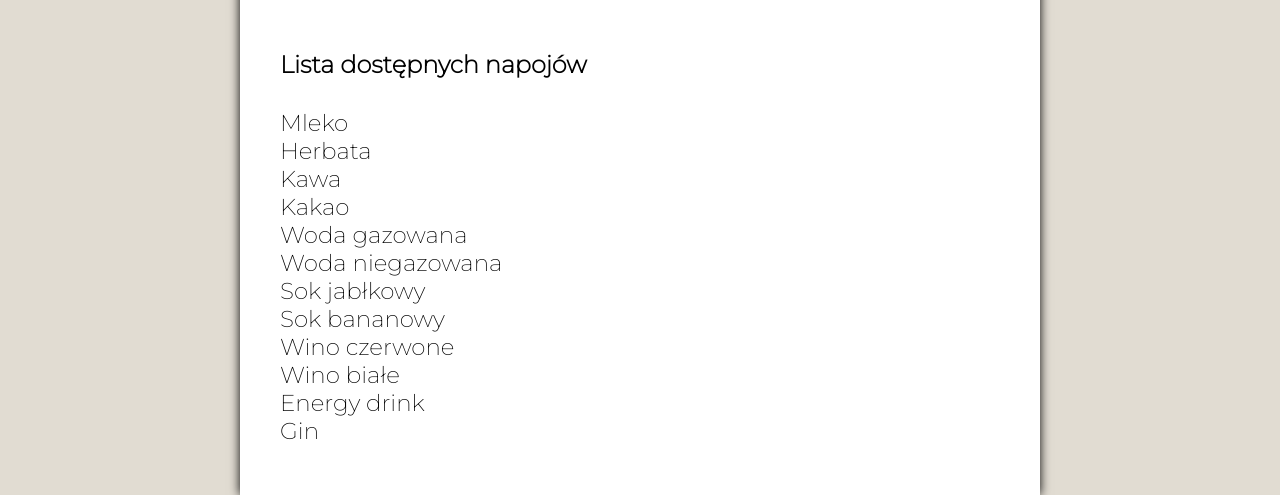
Repository: KrzysKolo/Projekt-1_Wyszukiwarka_napojow
Page: index.html
These files come from the project's save history. The page is drawn as it stood at one moment and after the next save; the edit follows.
The browser window is 1280 px wide. The pictures show the part of the page from y = 360 to 1059 px (the page is 855 px tall before and 1059 px after).

Above is the page before, as saved 2020-06-30 03:53:36.
Not found: script.js

After the next save:
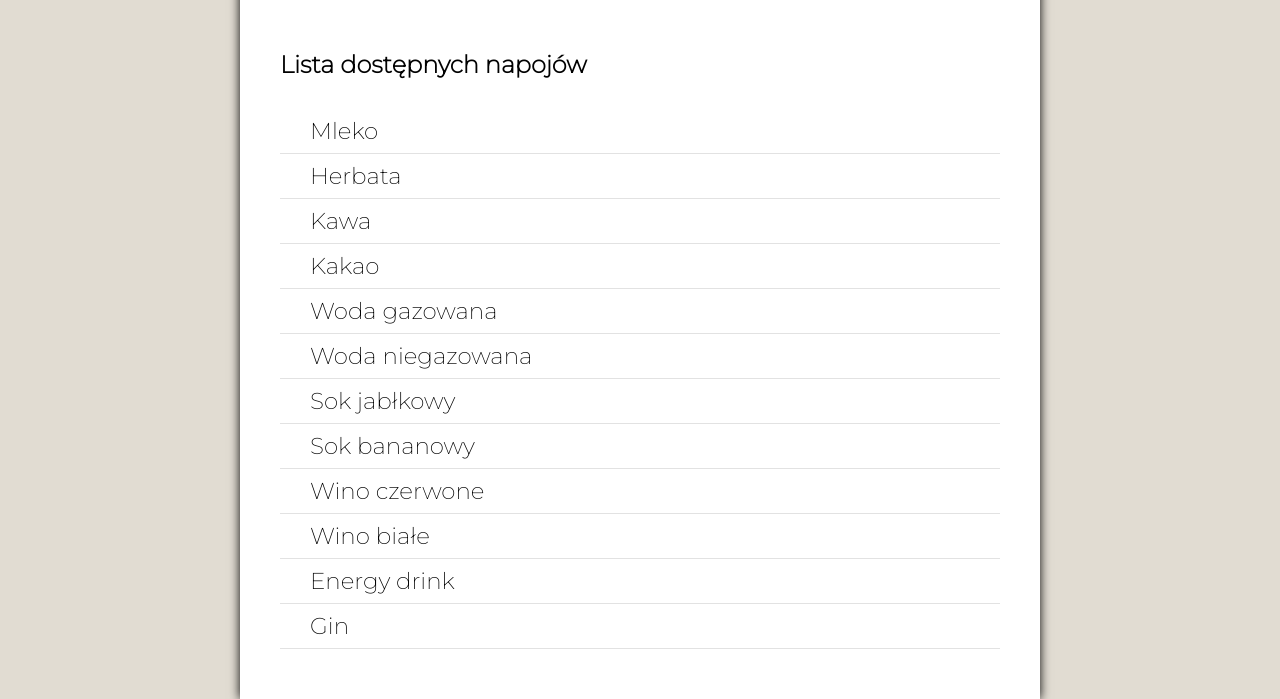
Saved 2 min 36 s later.
--- a/css/style.css
+++ b/css/style.css
@@ -66,3 +66,7 @@ body {
   font-size: 23px;
   list-style: none;
 }
+.drink-list__item {
+  padding: 8px 30px;
+  border-bottom: 1px solid rgb(226, 226, 226);
+}
